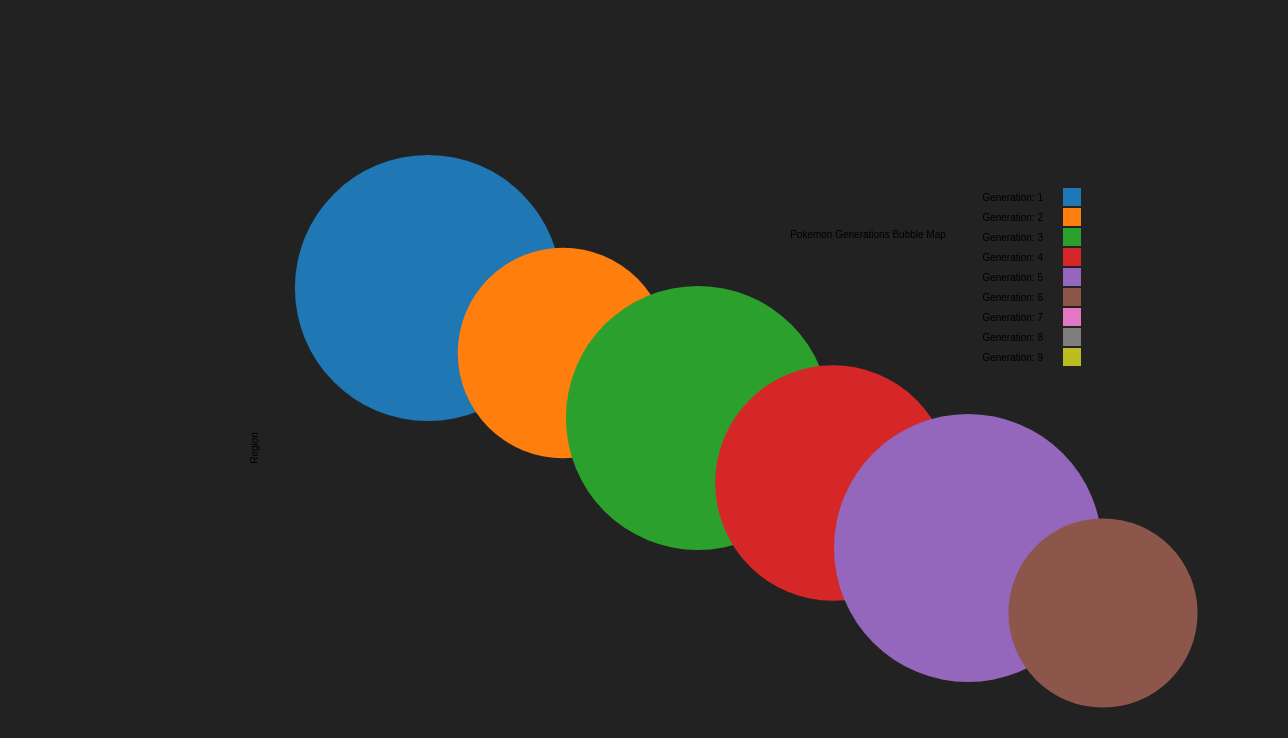
Repository: Cartterr/Proyecto-VisInfo
Page: Propuesta2_Atributos_Burbujas.html
An editor plug-in stored every save of this project. The page is shown before and after the next save, followed by the edit.
The browser window is 1280 px wide. The page is 1288 px wide, so the pictures cover 1288 px, including what lies to the right of the window. The pictures show the whole page.

Above is the page before, as saved 2023-06-21 03:56:50.

### Propuesta2_Atributos_Burbujas.html
<!DOCTYPE html>
<html>
<head>
    <meta charset="utf-8">
    <title>Pokemon Analysis</title>
    <link rel="stylesheet" href="Propuesta2_Atributos_Burbujas.css">
</head>
<body>
    <div id="chart"></div>
    <script src="https://d3js.org/d3.v5.min.js"></script>
    <script src="Propuesta2_Atributos_Burbujas.js"></script>
</body>
</html>

### Propuesta2_Atributos_Burbujas.css
body {
    font: 10px sans-serif;
    background-color: #222;
    color: #fff;
}

.dot {
    stroke: #000;
}

.axis text {
    fill: #fff;
}

.axis path,
.axis line {
    fill: none;
    stroke: #fff;
    shape-rendering: crispEdges;
}

### Propuesta2_Atributos_Burbujas.js
// script.js

Promise.all([
    d3.csv("pokemon.csv"),
    d3.csv("generacion_region.csv")
]).then(([pokemonData, regionData]) => {
    // Parse numeric attributes
    pokemonData.forEach(d => {
        d["#"] = +d["#"];
        d.Total = +d.Total;
        d.HP = +d.HP;
        d.Attack = +d.Attack;
        d.Defense = +d.Defense;
        d["Sp. Atk"] = +d["Sp. Atk"];
        d["Sp. Def"] = +d["Sp. Def"];
        d.Speed = +d.Speed;
        d.Generation = +d.Generation;
    });

    regionData.forEach(d => {
        d.Generation = +d.Generation;
        d["Number of Pokémon"] = +d["Number of Pokémon"];
    });

    // Aggregating total stats per generation
    let statsPerGeneration = d3.nest()
        .key(d => d.Generation)
        .rollup(v => d3.sum(v, d => d.Total))
        .entries(pokemonData);

    // Add total stats to region data
    regionData.forEach(d => {
        let matchedGeneration = statsPerGeneration.find(g => g.key == d.Generation);
        if (matchedGeneration) {
            d.TotalStats = matchedGeneration.value;
        } else {
            d.TotalStats = 0;
        }
    });

    // Generate artificial coordinates for simplicity
    let xCoord = d3.scalePoint()
        .domain(regionData.map(d => d.Region))
        .range([100, window.innerWidth - 100]);

    let yCoord = d3.scalePoint()
        .domain(regionData.map(d => d.Region))
        .range([100, window.innerHeight - 100]);

    let color = d3.scaleOrdinal(d3.schemeCategory10);

    let svg = d3.select("#chart").append("svg")
        .attr("width", window.innerWidth)
        .attr("height", window.innerHeight)
        .append("g")
        .attr("transform", "translate(" + window.innerWidth / 4 + "," + window.innerHeight / 4 + ")");

    svg.append("text")
        .attr("x", (window.innerWidth / 2) - 100)
        .attr("y", 50)
        .attr("class", "title")
        .style("text-anchor", "middle")
        .text("Pokemon Generations Bubble Map");

    let bubbles = svg.selectAll("circle")
        .data(regionData)
        .enter()
        .append("circle")
        .attr("cx", d => xCoord(d.Region))
        .attr("cy", d => yCoord(d.Region))
        .attr("r", d => Math.sqrt(d.TotalStats) / 2)
        .style("fill", d => color(d.Generation));

    bubbles.append("title")
        .text(d => `Region: ${d.Region}\nGeneration: ${d.Generation}\nTotal Stats: ${d.TotalStats}`);

    let legend = svg.selectAll(".legend")
        .data(regionData)
        .enter().append("g")
        .attr("class", "legend")
        .attr("transform", (d, i) => "translate(0," + i * 20 + ")");

    legend.append("rect")
        .attr("x", (window.innerWidth / 2) + 95)
        .attr("width", 18)
        .attr("height", 18)
        .style("fill", d => color(d.Generation));

    legend.append("text")
        .attr("x", (window.innerWidth / 2) + 75)
        .attr("y", 9)
        .attr("dy", ".35em")
        .style("text-anchor", "end")
        .text(d => `Generation: ${d.Generation}`);

    svg.append("text")
        .attr("transform", "rotate(-90)")
        .attr("y", -80)
        .attr("x", -((window.innerHeight / 2) - 100))
        .attr("dy", "1em")
        .style("text-anchor", "middle")
        .text("Region");

    svg.append("text")
        .attr("transform", "translate(" + ((window.innerWidth / 2) - 100) + " ," + (window.innerHeight - 60) + ")")
        .style("text-anchor", "middle")
        .text("Region");
}).catch(error => {
    console.log(error);
});

After the next save:
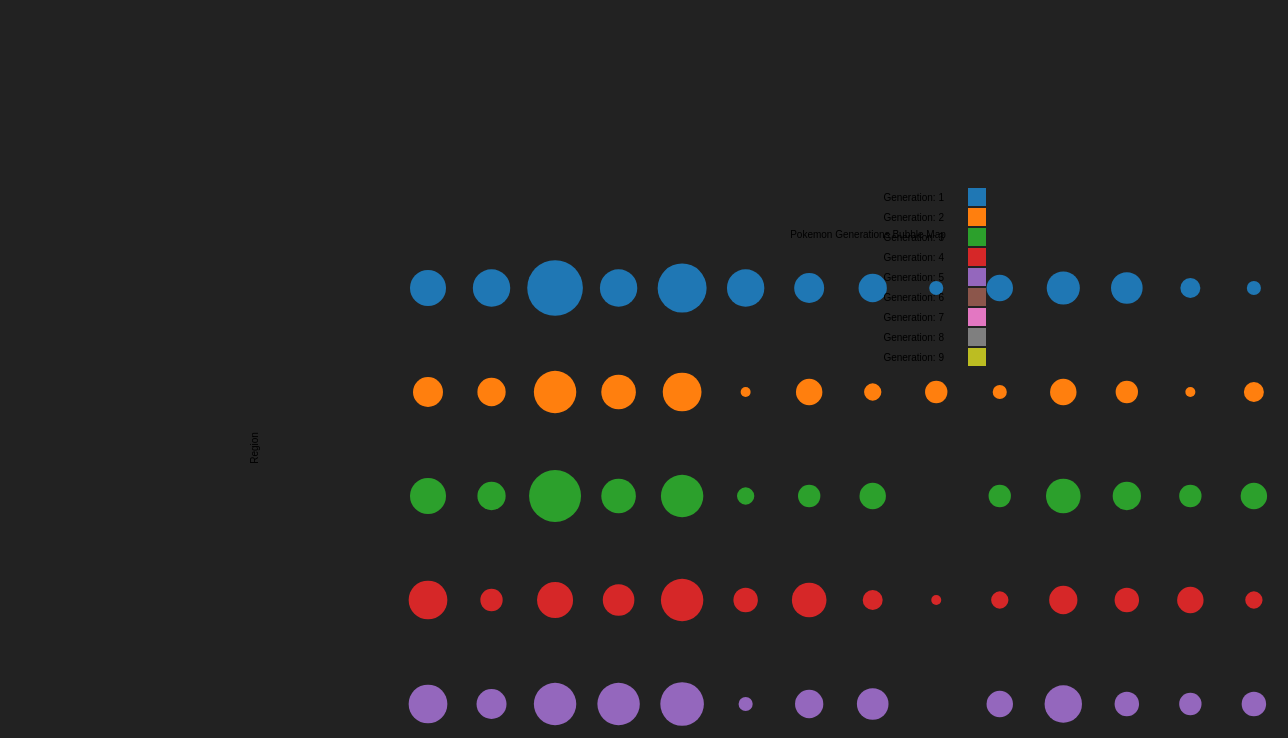
Saved 5 min 49 s later.
--- a/Propuesta2_Atributos_Burbujas.js
+++ b/Propuesta2_Atributos_Burbujas.js
@@ -22,29 +22,34 @@ Promise.all([
         d["Number of Pokémon"] = +d["Number of Pokémon"];
     });
 
-    // Aggregating total stats per generation
-    let statsPerGeneration = d3.nest()
+    // Aggregate data by type and generation
+    let statsPerTypeAndGeneration = d3.nest()
         .key(d => d.Generation)
-        .rollup(v => d3.sum(v, d => d.Total))
+        .key(d => d["Type 1"])
+        .rollup(v => v.length)
         .entries(pokemonData);
 
-    // Add total stats to region data
-    regionData.forEach(d => {
-        let matchedGeneration = statsPerGeneration.find(g => g.key == d.Generation);
-        if (matchedGeneration) {
-            d.TotalStats = matchedGeneration.value;
-        } else {
-            d.TotalStats = 0;
-        }
+    // Flatten the nested data and add the region information
+    let data = [];
+    statsPerTypeAndGeneration.forEach(gen => {
+        let region = regionData.find(d => d.Generation == gen.key).Region;
+        gen.values.forEach(type => {
+            data.push({
+                Generation: +gen.key,
+                Type: type.key,
+                Count: type.value,
+                Region: region
+            });
+        });
     });
 
-    // Generate artificial coordinates for simplicity
+    // Define the scale for the coordinates and color
     let xCoord = d3.scalePoint()
-        .domain(regionData.map(d => d.Region))
+        .domain(data.map(d => d.Type))
         .range([100, window.innerWidth - 100]);
 
     let yCoord = d3.scalePoint()
-        .domain(regionData.map(d => d.Region))
+        .domain(data.map(d => d.Region))
         .range([100, window.innerHeight - 100]);
 
     let color = d3.scaleOrdinal(d3.schemeCategory10);
@@ -63,16 +68,16 @@ Promise.all([
         .text("Pokemon Generations Bubble Map");
 
     let bubbles = svg.selectAll("circle")
-        .data(regionData)
+        .data(data)
         .enter()
         .append("circle")
-        .attr("cx", d => xCoord(d.Region))
+        .attr("cx", d => xCoord(d.Type))
         .attr("cy", d => yCoord(d.Region))
-        .attr("r", d => Math.sqrt(d.TotalStats) / 2)
+        .attr("r", d => Math.sqrt(d.Count) * 5) // scale the radius by a factor for better visibility
         .style("fill", d => color(d.Generation));
 
     bubbles.append("title")
-        .text(d => `Region: ${d.Region}\nGeneration: ${d.Generation}\nTotal Stats: ${d.TotalStats}`);
+        .text(d => `Region: ${d.Region}\nType: ${d.Type}\nGeneration: ${d.Generation}\nCount: ${d.Count}`);
 
     let legend = svg.selectAll(".legend")
         .data(regionData)
@@ -81,13 +86,13 @@ Promise.all([
         .attr("transform", (d, i) => "translate(0," + i * 20 + ")");
 
     legend.append("rect")
-        .attr("x", (window.innerWidth / 2) + 95)
+        .attr("x", window.innerWidth / 2)
         .attr("width", 18)
         .attr("height", 18)
         .style("fill", d => color(d.Generation));
 
     legend.append("text")
-        .attr("x", (window.innerWidth / 2) + 75)
+        .attr("x", (window.innerWidth / 2) - 24)
         .attr("y", 9)
         .attr("dy", ".35em")
         .style("text-anchor", "end")
@@ -104,7 +109,7 @@ Promise.all([
     svg.append("text")
         .attr("transform", "translate(" + ((window.innerWidth / 2) - 100) + " ," + (window.innerHeight - 60) + ")")
         .style("text-anchor", "middle")
-        .text("Region");
+        .text("Type");
 }).catch(error => {
     console.log(error);
 });
